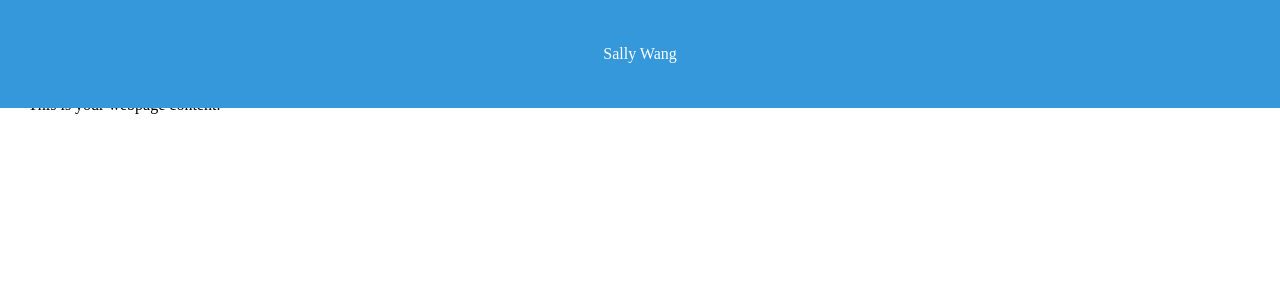
Repository: tianjiewang2022/tianjiewang2022.github.io
Page: index.html
The author's editor kept a copy of each file at every save. The page is drawn from the files as they stood at one save, then again after the next save.
The browser window is 1280 px wide. The pictures show the whole page.

Above is the page before, as saved 2023-10-01 22:00:34.

### index.html
<!DOCTYPE html>
<html lang="en">

    <head>
        <meta charset="UTF-8">
        <meta name="viewport" content="width=device-width, initial-scale=1.0">
        <title>Sally's Webpage</title>
        <style>
            body {
                margin: 60;
                padding: 60;
            }

            header {
                background-color: #3498db;
                /* Choose your header color */
                color: white;
                position: fixed;
                top: 0;
                left: 0;
                width: 100%;
                height: 15%;
                /* Adjust the header height as needed */
                display: flex;
                align-items: center;
                justify-content: center;
                z-index: 100;
                font-size: 40 px;
            }

            .container {
                margin-top: 60px;
                /* Ensure content starts below the header */
                padding: 20px;
            }
        </style>
    </head>

    <body>
        <header>
            Sally Wang
        </header>

        <div class="container">
            <!-- Your content goes here -->
            <p>This is your webpage content.</p>
        </div>
    </body>

</html>

After the next save:
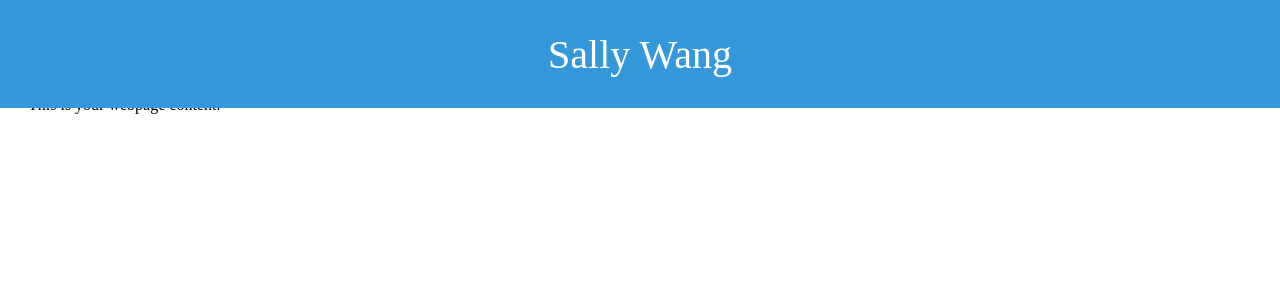
Saved 5 s later.
--- a/index.html
+++ b/index.html
@@ -25,7 +25,7 @@
                 align-items: center;
                 justify-content: center;
                 z-index: 100;
-                font-size: 40 px;
+                font-size: 40px;
             }
 
             .container {
